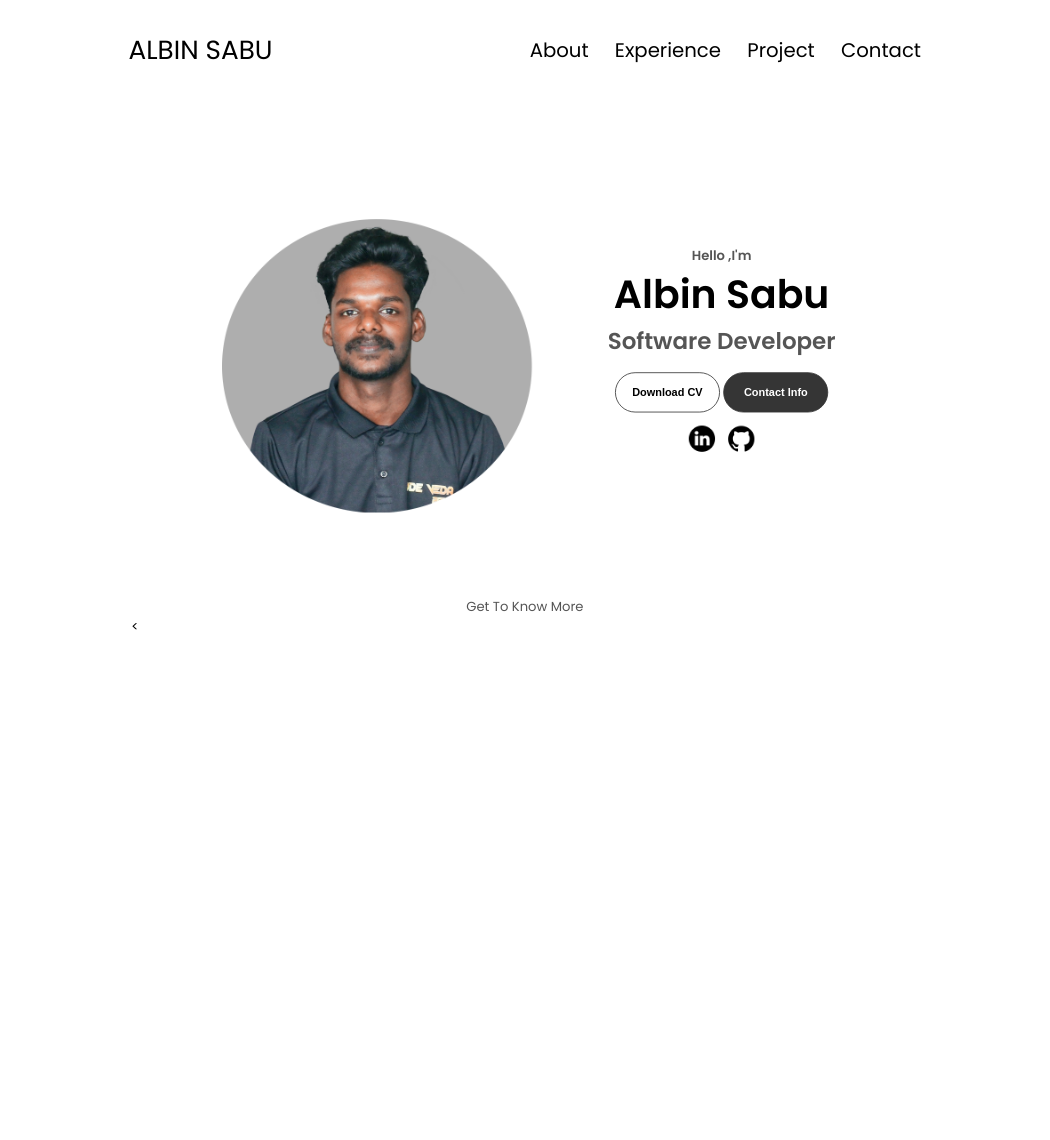
Repository: albinsabu2023/albinsabu
Page: index.html
An editor plug-in stored every save of this project. The page is shown before and after the next save, followed by the edit.
The browser window is 1280 px wide. The pictures show the whole page, at 82% of full size.

Above is the page before, as saved 2023-08-30 11:46:46.

After the next save:
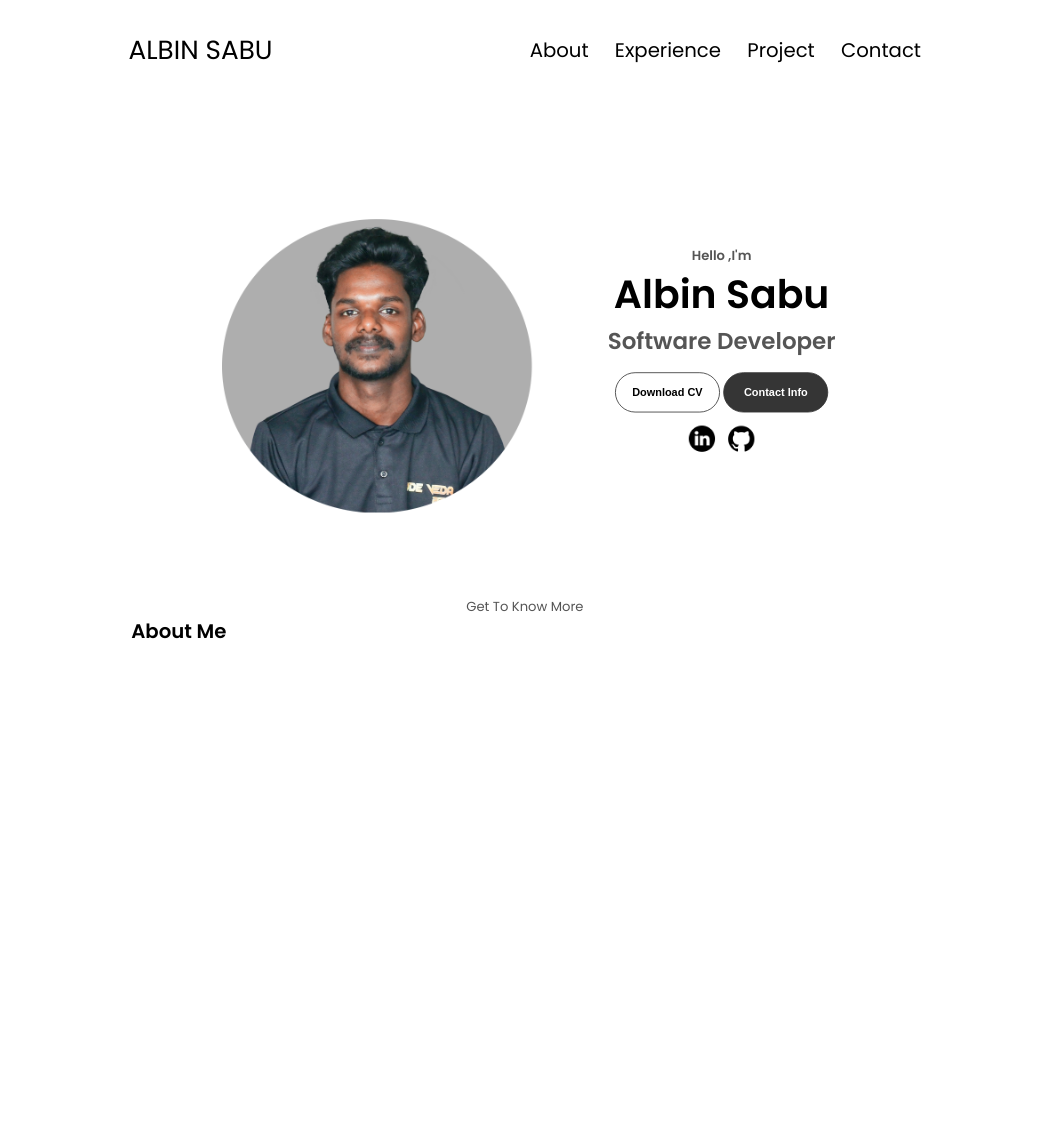
Saved 15 s later.
--- a/index.html
+++ b/index.html
@@ -58,7 +58,7 @@
     </section>
     <section id="about">
         <p class="section__text__p1">Get To Know More</p>
-        <</H1>
+        <h1>About Me</h1>
     </section>
     <script src="script.js"></script>
 </body>
